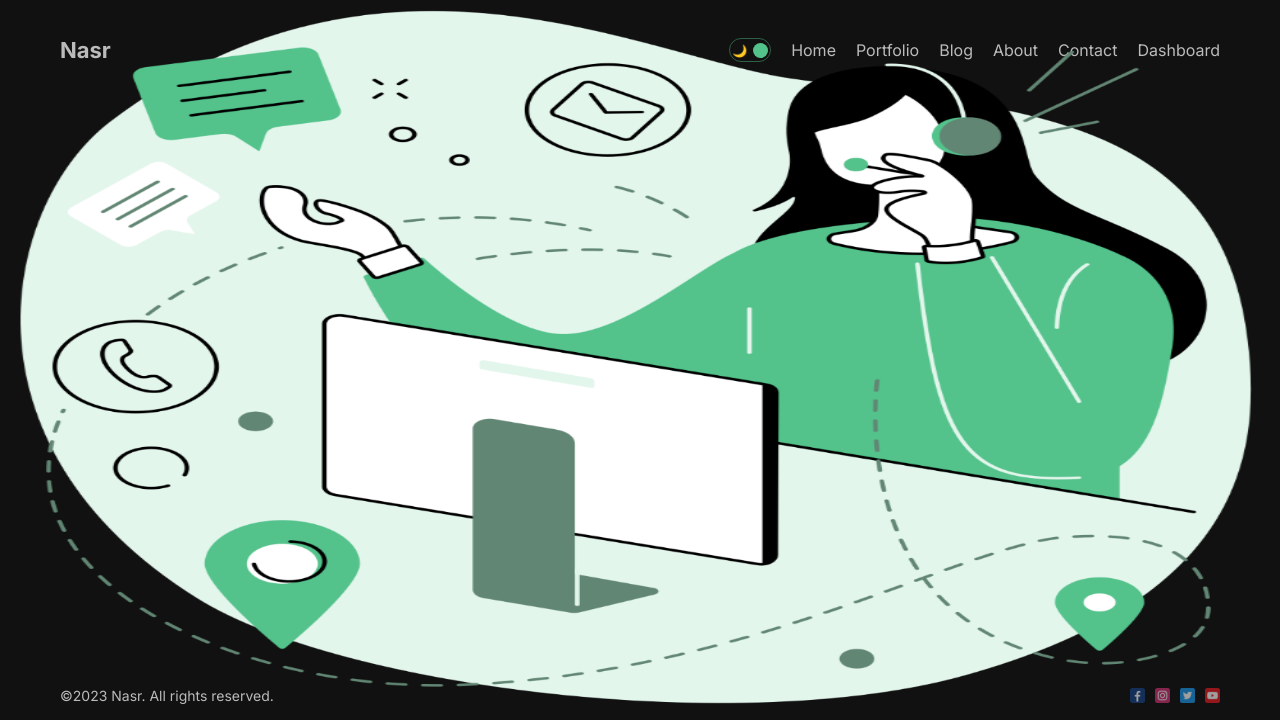
Repository: MoNasr2022/Nast-Blog
Page: /contact
An editor plug-in stored every save of this project. The page is shown before and after the next save, followed by the edit.
The browser window is 1280 px wide. The pictures show the whole page.
The page's requests for data from a server got no answer. The project was rebuilt for these pictures with package versions that can differ from the ones it lists, and the page was loaded fresh each time. The framework's server and built-in components were replaced by stand-ins that run in the browser. No one was signed in, and anything a server would have sent is missing. Also part of the build but not shown: next.config.js, src/components/Button/button.module.css, src/components/Button/Button.jsx.

Above is the page before, as saved 2023-06-15 13:58:38.

After the next save:
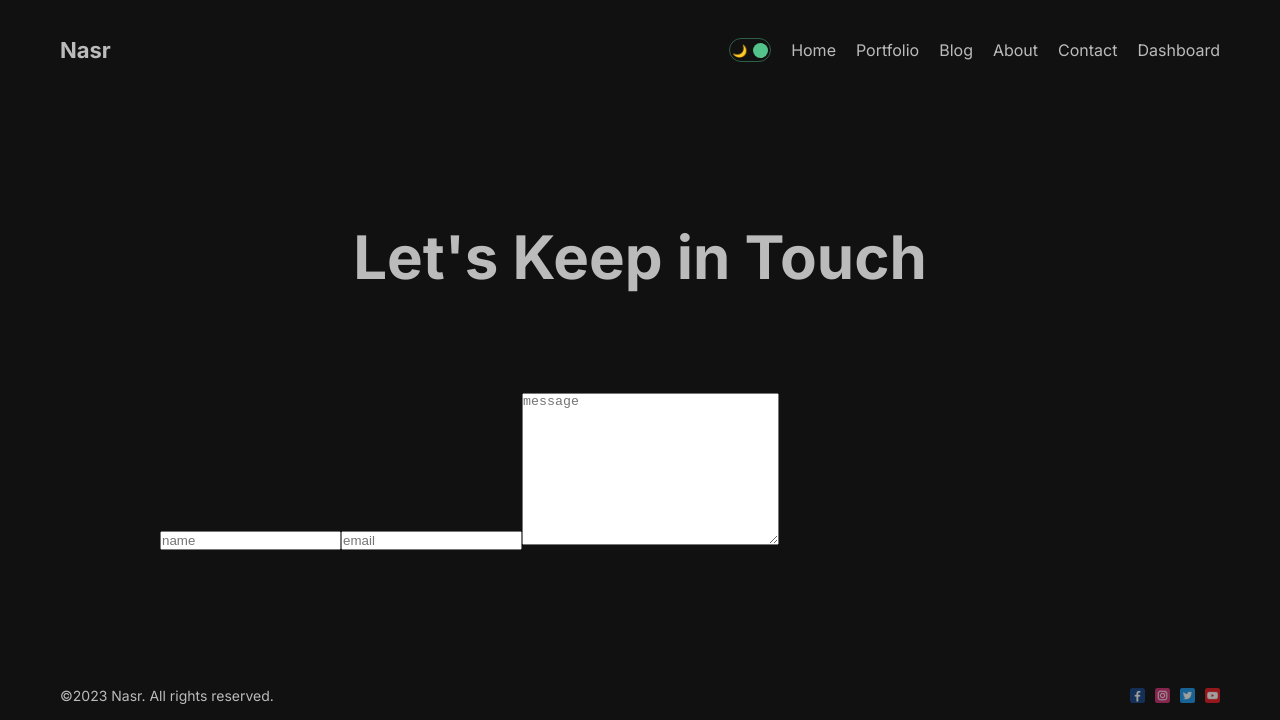
Saved 8 s later.
--- a/src/app/contact/page.module.css
+++ b/src/app/contact/page.module.css
@@ -65,6 +65,6 @@
   gap: 100px;
 
 }
-imgContainer {
+.imgContainer {
   position: relative;
 }
